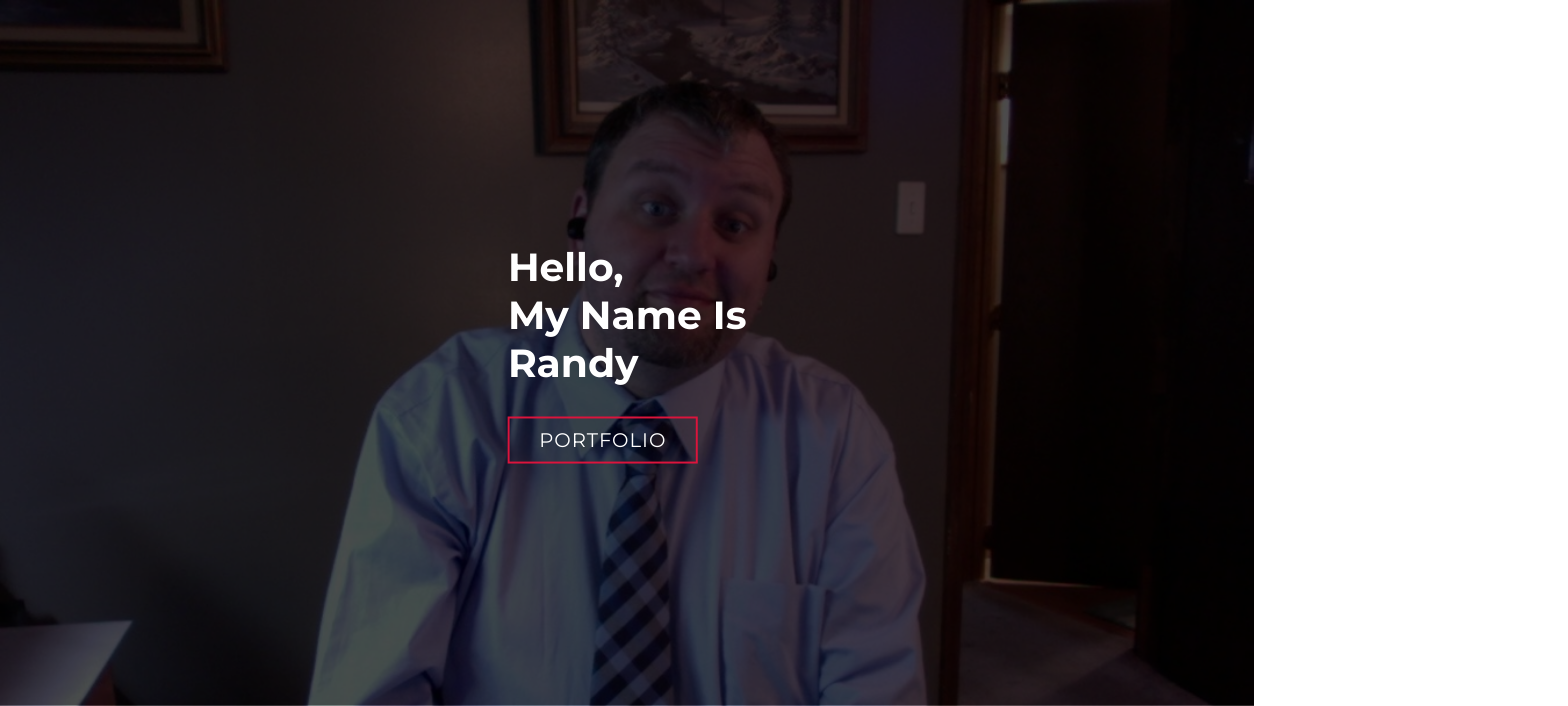
Repository: randysteele/my-portfolio-2023
Page: index.html
These files come from the project's save history. The page is drawn as it stood at one moment and after the next save; the edit follows.
The browser window is 1280 px wide. The page is 1280 px wide, then 1600 px, so the pictures cover 1600 px, including what lies to the right of the window. The pictures show the whole page, at 98% of full size.

Above is the page before, as saved 2023-04-23 12:35:37.

After the next save:
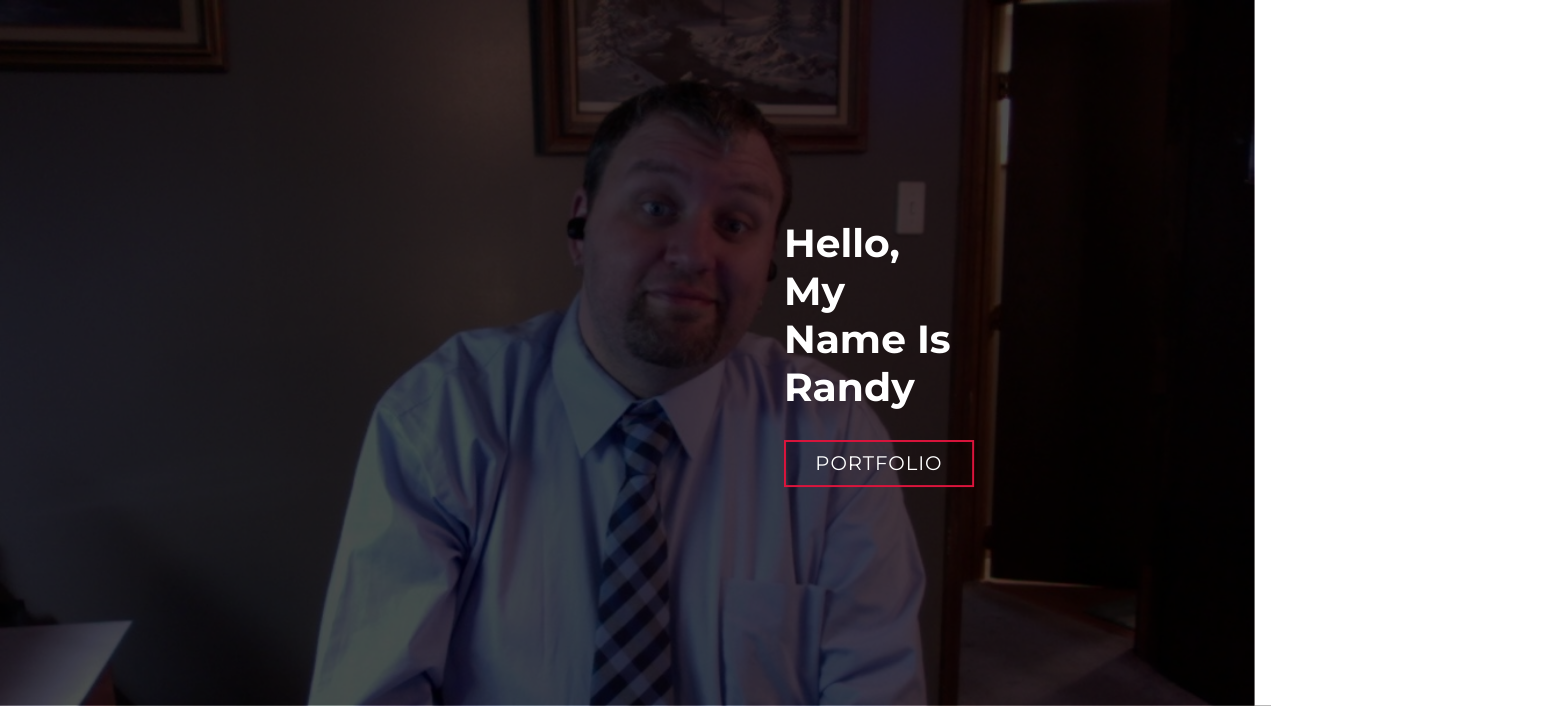
Saved 108 s later.
--- a/style.css
+++ b/style.css
@@ -36,6 +36,12 @@ a {
     background-color: black;
     opacity: 0.7;
     z-index: -1;
+}
+#hero .hero{
+    max-width: 1200px;
+    margin: 0 auto;
+    padding: 0 50pc;
+    justify-content: flex-start;
 }
 #hero h1{
     display: block;
